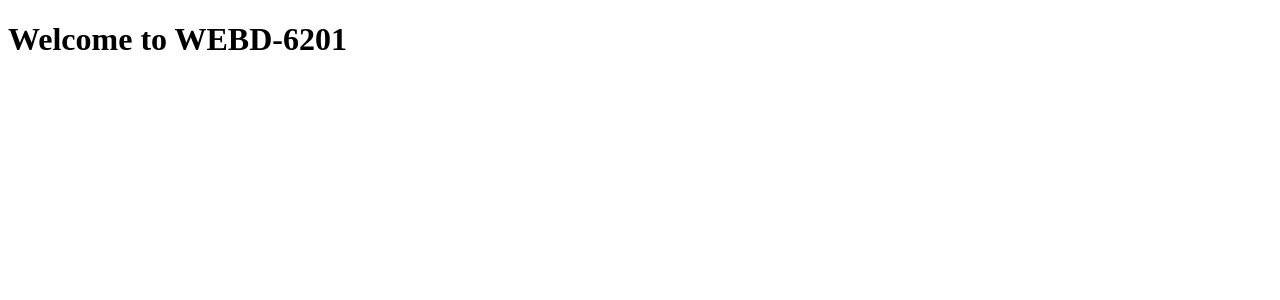
Repository: CKM206/WEBD6201-W2021---ICE1
Page: index.html
An editor plug-in stored every save of this project. The page is shown before and after the next save, followed by the edit.
The browser window is 1280 px wide. The pictures show the whole page.

Above is the page before, as saved 2021-01-20 09:02:29.

### index.html
<!DOCTYPE html>
<html lang="en">
<head>
    <meta charset="UTF-8">
    <meta name="viewport" content="width=device-width, initial-scale=1.0">
    <title>WEBD6201 - W2021 - ICE 1</title>
    <!-- CSS Section -->
    <link rel="stylesheet" href="./Content/app.css">
</head>
<body>

    <main class="container">
        <h1>Welcome to WEBD-6201</h1>
    </main>

    <!--Script Section-->
    <script src="./Scripts/app.js"></script>
</body>
</html>

### Content/app.css
/* Custom CSS Here */

### Scripts/app.js
/* Custom Javascript Here */

// IIFE - Immediately Invoked Function Expression (Anonymous Self-Executing Function)
//Acts as a Closure, Limits Scope Leak
(function()
{
    function Start()
    {
        console.log("App Started...");
    }

    window.addEventListener("load", Start);
})();

Loaded but not shown: node_modules/bootstrap/dist/css/bootstrap.min.css (library)

After the next save:
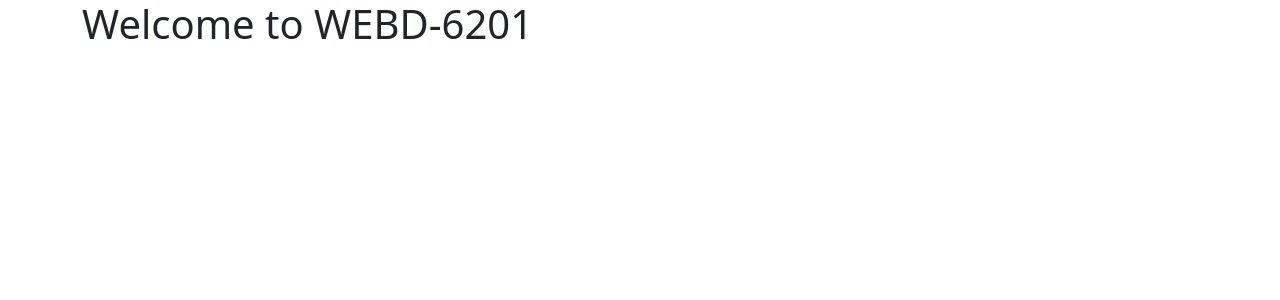
Saved 55 s later.
--- a/index.html
+++ b/index.html
@@ -5,6 +5,8 @@
     <meta name="viewport" content="width=device-width, initial-scale=1.0">
     <title>WEBD6201 - W2021 - ICE 1</title>
     <!-- CSS Section -->
+    <link rel="stylesheet" href="./node_modules/bootstrap/dist/css/bootstrap.min.css">
+        <css></css>
     <link rel="stylesheet" href="./Content/app.css">
 </head>
 <body>
